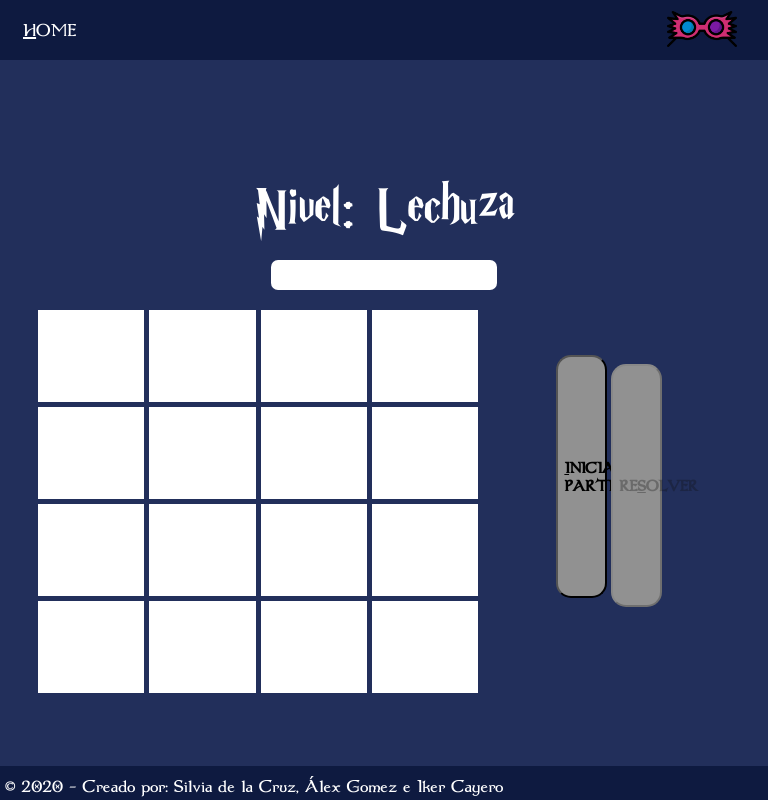
Repository: alexgomezdev/RavenclawSimon
Page: http://localhost/start.php
These files come from the project's save history. The page is drawn as it stood at one moment and after the next save; the edit follows.
The browser window is 768 px wide. The pictures show the whole page.
The page is run by PHP 8.4 with error messages shown; the project is at /var/www/html/.

Above is the page before, as saved 2020-11-10 21:28:07.

### start.php
<!DOCTYPE html>
<?php
session_start();
?>
<html lang="en">
<head>
    <meta charset="UTF-8">
    <meta name="viewport" content="width=device-width, initial-scale=1.0">
    <title>Ravenclaw Simon</title>
    <link rel="stylesheet" href="templates/lib.css">
    <link rel="stylesheet" href="templates/general.css">
    <link rel="stylesheet" href="templates/start.css">
    <audio id="start" src="templates/assets/audio/start.wav"></audio>
    <audio id="select" src="templates/assets/audio/select.mp3"></audio>
    <audio id="solve" src="templates/assets/audio/revelio.mp3"></audio>
    <script src="js/colorblind.js"></script>
</head>
<?php
    if (isset($_POST['colorblind_data'])) {
            $_SESSION['colorblind-data'] = $_POST['colorblind_data'];
        }
?>
<body id="body" <?php if (isset($_SESSION['colorblind-data']) && $_SESSION['colorblind-data'] == "True") {
            echo "class = 'body-blindcolor'";
        } else {
            echo "class = 'body'";
        } ?>>
    <header id="header" <?php if (isset($_SESSION['colorblind-data']) && $_SESSION['colorblind-data'] == "True") {
            echo "class = 'header-blindcolor'";
        } else {
            echo "class = 'header'";
        } ?>>
        <div id="home_link_div">
            <a href="index.php" id="home_link" accesskey="h"><underline class="accesskey">H</underline>OME</a>
        </div>
        <div class="colorblind_button_div" title="MODO DALTÓNICO" onclick="click_colorblind()">
            <img src="templates/assets/icono_daltonico.png" alt="Modo daltónico" id="colorblind_icon">
        </div>
    </header>
    <div id="show_name">
        <?php
        if (isset($_POST['username'])) {
            $username = $_POST['username'];
            if (isset($_SESSION['user']) && $_SESSION['user'] != $_POST['username']) {
                session_unset();
            }
            if (isset($_SESSION['user'])) {
                echo 'Jugador: ' . $_SESSION['user'];
            } else {
                $_SESSION['user'] = $username;

                echo 'Jugador: ' . $_SESSION['user'];
            }
        } else {
            if (isset($_SESSION['user'])) {
                echo 'Jugador: ' . $_SESSION['user'];
            }
        }
        if (isset($_SESSION['lvl'])) {
            if ( isset($_GET["do"]) && $_GET["do"] == "next") {
                $_SESSION['rankPoints'] = $_SESSION['rankPoints'] + 1000;
                $_SESSION['lvl'] = $_SESSION['lvl'] + 1;
            } else if (isset($_GET["do"]) && $_GET["do"] == "tryagain") {
                $_SESSION['rankPoints'] = $_SESSION['rankPoints'] - 50;
            }
        } else {
            $_SESSION['lvl'] = 0;
        }
        if (!isset($_SESSION['rankPoints'])) {
            $_SESSION['rankPoints'] = 1000;
        }
        $archivo = file('templates/config.txt');
        $nivel = explode(";", $archivo[$_SESSION['lvl']]);
        $filas = explode("x", $nivel[1]);
        $randArray = [];
        $randNum = [];
        $segons = $nivel[3] * 1000;
        echo "</br>Nivel: " . $nivel[0];
        ?>
        <script type="text/javascript">
            var segons = <?php echo $segons; ?>

        </script>
    </div>
    <div id="timer">
        <div id="progress">
            <div id="bar">
                <div id="label"></div>
            </div>
        </div>
    </div>
    <script src="js/playing.js"></script>
    <div class="maxwd just-cont-center ds-flex">
        <div class="table">
            <?php

            for ($m = 1; $m <= $nivel[2]; $m++) {
                $randNum = rand(0, ($filas[0] * $filas[1]) - 1);
                if (in_array($randNum, $randArray)) {
                    $m = $m - 1;
                } else {
                    array_push($randArray, $randNum);
                }
            }
            //echo "<PRE>" . print_r($_SESSION['lvl'], true) . "</PRE>";
            //0. NOM, 1. MATRIU, 2. PINTAR 3. SEGS, 4.CODI

            $cont = 0;
            //echo "<PRE>" . var_export($nivel, true) . "</PRE>";

            echo " <table class='tg'><tbody>";
            for ($i = 1; $i <= $filas[0]; $i++) {
                echo "<tr>";
                for ($x = 1; $x <= $filas[1]; $x++) {
                    if (in_array($cont, $randArray)) {
                        echo "<td class='tg plus'  id='. $cont . ' ' '></td>";
                        $cont = $cont + 1;
                    } else {
                        echo "<td class='tg' id='. $cont . ' '></td>";
                        $cont = $cont + 1;
                    }
                }
                echo "</tr>";
            }
            echo " </tbody> </table>";
            //echo "<PRE>" . print_r($filas, true) . "</PRE>";
            ?>
        </div>
               <div class=" ds-flex just-space-around">
            <div id="button_div">
                <button class="button_play" id="start_game_button" onclick="showNices(); updateClock(); move(); start()" accesskey="i">
                    <h3><underline class="accesskey">I</underline>NICIAR PARTIDA</h3>
                </button>
                <button class="button_play" id="solve_button" onclick="winorlose()" onmouseover="solve()" accesskey="s" disabled>
                    <h3>RE<underline class="accesskey">S</underline>OLVER</h3>
                </button>
            </div>
        </div>
    </div>
    <footer id="footer" <?php if (isset($_SESSION['colorblind-data']) && $_SESSION['colorblind-data'] == "True") {
            echo "class = 'footer-blindcolor'";
        } else {
            echo "class = 'footer'";
        } ?>>
        <div id="footer_content">
            &#0169 2020 - Creado por: Silvia de la Cruz, Álex Gomez e Iker Cayero
        </div>
    </footer>
</body>
</html>

### templates/config.txt
Lechuza;4x4;5;4;AA11
Duendecillo;4x4;7;3;AZ21
Centauro;4x4;8;2;BA3G
Trol;4x4;10;1;S7R
Hipogrifo;5x5;7;3;R67T
Gigante;5x5;10;3;78K5
Dementor;5x5;13;2;OPH0
Cancerbero;5x5;14;2;I796
Dragón;5x5;15;1;9UGG
Basilisco;6x6;16;2;6GPD

### templates/lib.css
.maxwd {
  width: 100%;
}

.ds-flex {
  display: flex;
}
.just-cont-center {
  justify-content: center;
}
.just-space-around {
  justify-content: space-around;
}

### templates/general.css
@font-face {
  font-family: "Harry_Potter";
  src: url("../templates/typography/HARRYP.TTF") format("truetype");
}

@font-face {
  font-family: "Dumbledore";
  src: url("../templates/typography/dumbledor.1.ttf") format("truetype");
}

html {
  min-height: 100%;
  position: relative;
}

body {
  font-family: "Dumbledore";
  background-color: #222f5b;
}

.body-blindcolor {
  background-color: #6c1ab2;
}

header {
  background-color: #0e1a40;
  top: 0;
  left: 0;
  position: fixed;
  width: 100%;
  height: 60px;
  display: flex;
}

.header-blindcolor {
  background-color: #2d044c;
}

#home_link_div {
  float: left;
  margin-left: 3%;
  padding-top: 9px;
  text-align: center;
  width: 10%;
  height: 100%;
  margin-right: none;
}

#home_link {
  display: flex;
  justify-content: center;
  align-items: center;
  color: #ffffff;
  font-size: 20px;
  text-decoration: none;
  width: min-content;
  height: 70%;
}

.colorblind_button_div {
  float: right;
  margin-right: 4%;
  width: 20%;
  text-align: center;
  height: 100%;
}

#colorblind_icon {
  float: right;
  justify-content: center;
  color: #ffffff;
  font-size: 20px;
  text-decoration: none;
  padding-top: 11px;
  height: 60%;
  cursor: pointer;
}

#title {
  color: #ffffff;
  font-family: "Harry_Potter";
  font-size: 60px;
  width: 100%;
  text-align: center;
  margin-top: 120px;
}

underline {
  text-decoration: underline;
}
main {
  width: 100%;
}

footer {
  color: #ffffff;
  background-color: #0e1a40;
  bottom: 0;
  left: 0;
  position: absolute;
  width: 100%;
  height: 3%;
  display: flex;
  padding-top: 10px;
  clear: both;
}

.footer-blindcolor {
  background-color: #2d044c;
}

#footer_content {
  margin-left: 5px;
  color: #ffffff;
  font-size: 20px;
  vertical-align: center;
  height: 60%;
}

@media (max-width: 800px) {
  #home_link_div {
    width: 15%;
  }
}

@media (max-width: 500px) {
  #home_link_div {
    width: 25%;
  }
}

### templates/start.css
.tg {
  border-collapse: collapse;
  border-width: 5px;
  width: 450px;
  height: 90px;
  background-color: white;
  border-style: solid;
  border-color: #222f5b;
}

#show_name {
  color: #ffffff;
  font-family: "Harry_Potter";
  font-size: 60px;
  width: 100%;
  text-align: center;
  margin-top: 120px;
  margin-bottom: 20px;
}

table {
  width: 100%;
  margin: 0 auto;
}

.nice {
  background-color: #946b2d;
}

#button_div {
  display: inline-block;
  margin-top: 50px;
  margin-bottom: 100px;
  text-align: center;
  width: 100%;
}

.button_play {
  border-radius: 15px;
  background-color: #919191;
  font-family: "Dumbledore";
  font-size: 20px;
  width: 15%;
  height: 100%;
}

.button_play:hover {
  color: #5d5d5d;
  background-color: #ffffff;
}

#timer {
  font-family: "Harry_Potter";
  color: white;
  width: 100%;
}
#timer {
  text-align: center;
  margin-top: 2%;
  font-size: 25px;
  font-family: "Harry_Potter";
  color: white;
}

#progress {
  position: relative;
  width: 20%;
  height: 30px;
  background-color: #ffffff;
  margin: 0 auto;
  margin-bottom: 2%;
  border-radius: 7px;
}
#bar {
  position: absolute;
  width: 0%;
  height: 100%;
  background-color: #946b2d;
  border-radius: 5px;
}
#label {
  padding-top: 3px;
}

.colorblind_button_div {
  width: 90%;
}
@media (max-width: 1340px) {
  .button_play {
    font-size: 15px;
  }
}

@media (max-width: 1200px) {
  #progress {
    width: 25%;
  }
}
@media (max-width: 1035px) {
  .button_play {
    width: 20%;
  }
}

@media (max-width: 900px) {
  #progress {
    width: 30%;
  }
}

@media (max-width: 700px) {
  #progress {
    width: 35%;
  }
}
@media (max-width: 600px) {
  #progress {
    width: 40%;
  }
}
@media (max-width: 500px) {
  #progress {
    width: 45%;
    margin: 0 auto;
    margin-bottom: 3%;
  }
  footer {
    height: 5%;
  }
}

@media (max-width: 460px) {
  #timer {
    margin: 0 auto;
  }
  #show_name {
    text-align: center;
  }

  #progress {
    margin-bottom: 3%;
    width: 45%;
  }
}

### js/colorblind.js
var daltonico = 0;


function click_colorblind() {
    if (daltonico == 0) {
        daltonico = 1;
        change_colorblind(daltonico);
    } else {
        daltonico = 0;
        change_colorblind(daltonico);
    }
}

function change_colorblind(id) {
    change_body(id);
    change_header(id);
    change_footer(id);
}

function change_body (id){
    if (id == 1) {
        document.getElementById("body").removeAttribute("class");
        document.getElementById("body").setAttribute("class", "body-blindcolor");
    } else {
        document.getElementById("body").removeAttribute("class", "body-blindcolor");
        document.getElementById("body").setAttribute("class", "body");
    }
}

function change_header (id){
    if (id == 1) {
        document.getElementById("header").removeAttribute("class");
        document.getElementById("header").setAttribute("class", "header-blindcolor");
    } else {
        document.getElementById("header").removeAttribute("class", "header-blindcolor");
        document.getElementById("header").setAttribute("class", "header");
    }
}

function change_footer (id){
    if (id == 1) {
        document.getElementById("footer").removeAttribute("class");
        document.getElementById("footer").setAttribute("class", "footer-blindcolor");
    } else {
        document.getElementById("footer").removeAttribute("class", "footer-blindcolor");
        document.getElementById("footer").setAttribute("class", "footer");
    }
}

### js/playing.js
var tdscorrects = document.getElementsByClassName('plus');
function hideNices (){
    for (const key of tdscorrects) {
        key.classList.remove('nice');
    }
    document.getElementById("solve_button").removeAttribute('disabled');
    var clickable = document.getElementsByClassName('tg');
    var clickable = document.getElementsByClassName('tg');
    for (const x of clickable) {
        x.setAttribute('onclick', 'choose(this.id)');
    }
    startTime =new Date();
    document.getElementById("start_game_button").setAttribute('disabled', false);
};
function showNices(){
    for (const x of tdscorrects) {
            x.classList.add('nice');
        }
    setTimeout(hideNices,segons)
};

function choose(id) {
    var elem = document.getElementById(id);
    if (elem.classList.contains('nice')){
        elem.classList.remove('nice');
    }else{
        elem.classList.add('nice');
    }
    document.getElementById('select').play();
};

function winorlose() {
    endTime = new Date();
    var intervalTime = endTime - startTime ;
    intervalTime = intervalTime/100;
    timeToReturn = Math.round(intervalTime);
    var playResut = document.getElementsByClassName('plus nice');
    var contNice = document.getElementsByClassName('nice')
    if ((contNice.length == tdscorrects.length) && ((playResut.length == tdscorrects.length)) ){
        window.open("success.php?tiempo="+timeToReturn, "_self");
    }else{
        window.open("gameOver.php", "_self");
    }
};

function start() {
    document.getElementById('start').play();
};

function solve() {
    document.getElementById('solve').play();
};

var totalTime = segons /1000;

function move() {
    var elem = document.getElementById("bar");
    var width = 0;
    var id = setInterval(frame, segons/100);
    function frame() {
      if (width >= 100) {
        clearInterval(id);
      } else {
        width++;
        elem.style.width = width + '%';
      }//
    }
}

function updateClock() {
    document.getElementById('label').innerHTML = totalTime;
    if(totalTime==0){

    }else{
        totalTime-=1;
        setTimeout("updateClock(totalTime)",1000);
    }
}

After the next save:
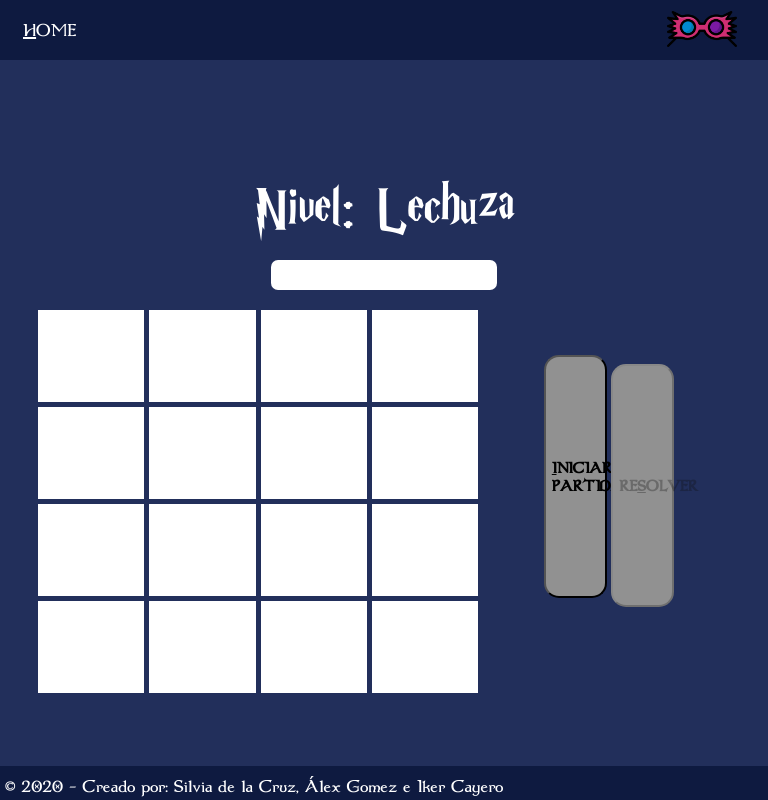
Saved 54 s later.
--- a/templates/start.css
+++ b/templates/start.css
@@ -107,7 +107,11 @@
     width: 30%;
   }
 }
-
+@media (max-width: 780px) {
+  .button_play {
+    width: 25%;
+  }
+}
 @media (max-width: 700px) {
   #progress {
     width: 35%;
